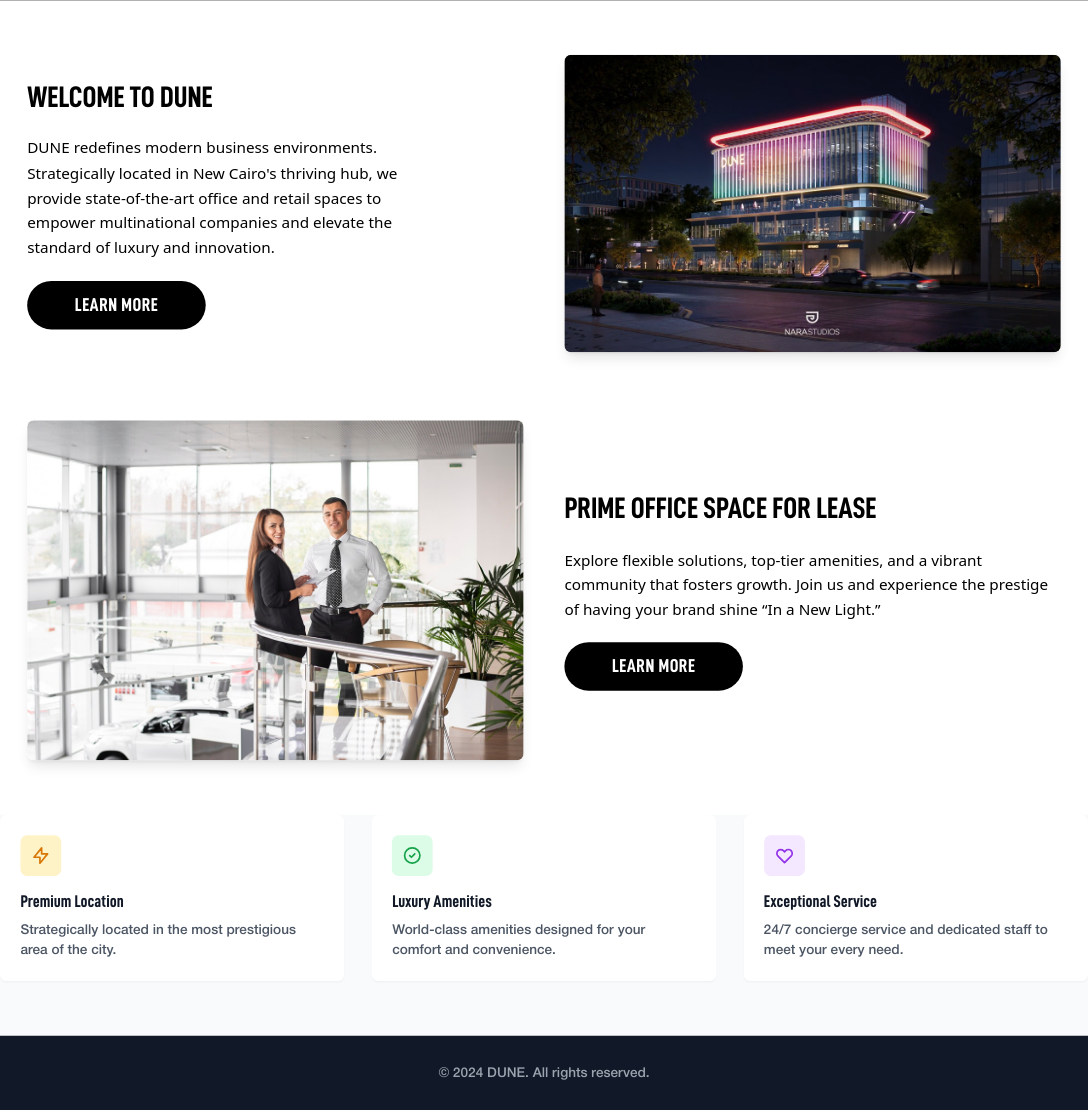
Repository: ahmedassr5765/dune
Page: index.html
The author's editor kept a copy of each file at every save. The page is drawn from the files as they stood at one save, then again after the next save.
The browser window is 1280 px wide. The pictures show the part of the page from y = 1197 to 2503 px (the page is 2503 px tall), at 85% of full size.
Some web libraries are served in a nearby version.

Above is the page before, as saved 2025-07-12 18:32:42.

After the next save:
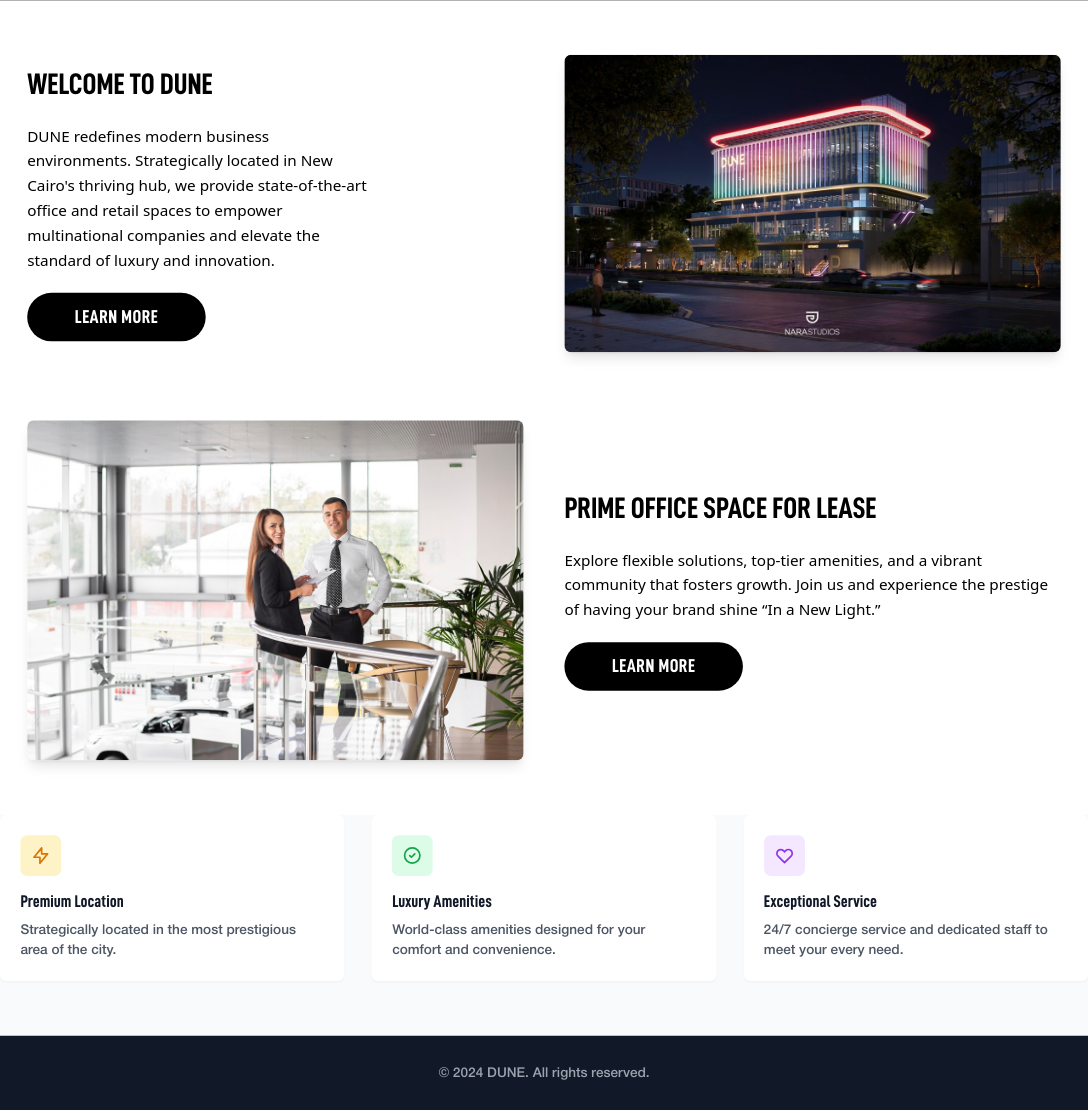
Saved 7 s later.
--- a/index.html
+++ b/index.html
@@ -196,7 +196,7 @@
                         WELCOME TO DUNE
                     </h2>
 
-                    <p class="text-black text-[18px] max-w-[450px] font-medium leading-relaxed font-sans welcome-desc"
+                    <p class="text-black text-[18px] max-w-[400px] font-medium leading-relaxed font-sans welcome-desc"
                        data-en="DUNE redefines modern business environments. Strategically located in New Cairo's thriving hub, we provide state-of-the-art office and retail spaces to empower multinational companies and elevate the standard of luxury and innovation."
                        data-ar="يُعيد &quot;DUNE&quot; تعريف بيئات الأعمال العصرية. بموقعه الاستراتيجي في قلب القاهرة الجديدة النابض بالحياة، نوفر مساحات مكتبية وتجارية متطورة تُمكّن الشركات متعددة الجنسيات من تحقيق نموّ متسارع، وترتقي بمستوى الفخامة والابتكار.">
                         DUNE redefines modern business environments. Strategically located in New Cairo's thriving hub, we provide state-of-the-art office and retail spaces to empower multinational companies and elevate the standard of luxury and innovation.

After the 3 saves that followed:
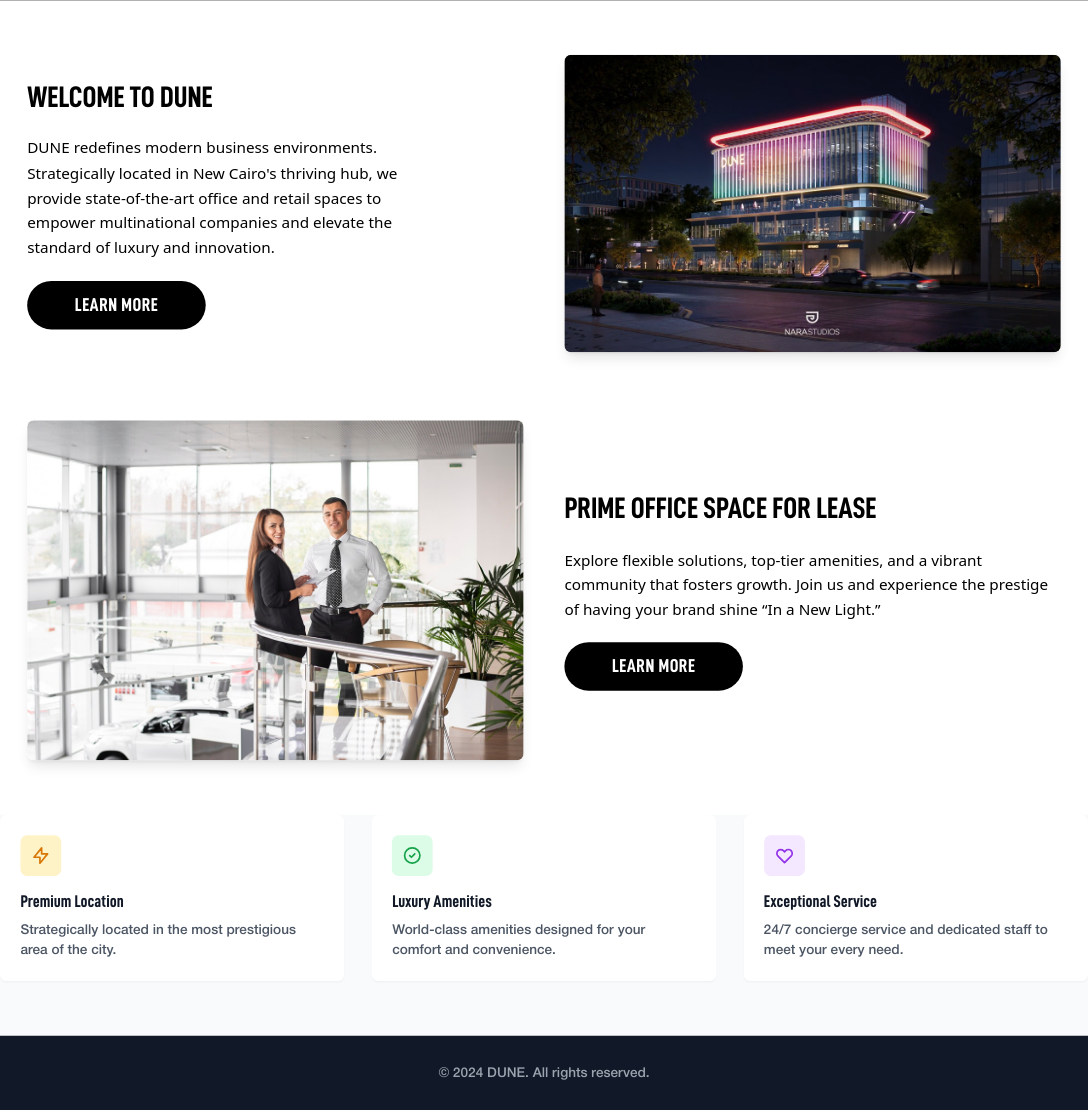
The 3 saves are shown as one change because they came seconds apart.
The last was saved 8 s later.
--- a/index.html
+++ b/index.html
@@ -196,7 +196,7 @@
                         WELCOME TO DUNE
                     </h2>
 
-                    <p class="text-black text-[18px] max-w-[400px] font-medium leading-relaxed font-sans welcome-desc"
+                    <p class="text-black text-[18px] max-w-[450px] font-medium leading-relaxed font-sans welcome-desc"
                        data-en="DUNE redefines modern business environments. Strategically located in New Cairo's thriving hub, we provide state-of-the-art office and retail spaces to empower multinational companies and elevate the standard of luxury and innovation."
                        data-ar="يُعيد &quot;DUNE&quot; تعريف بيئات الأعمال العصرية. بموقعه الاستراتيجي في قلب القاهرة الجديدة النابض بالحياة، نوفر مساحات مكتبية وتجارية متطورة تُمكّن الشركات متعددة الجنسيات من تحقيق نموّ متسارع، وترتقي بمستوى الفخامة والابتكار.">
                         DUNE redefines modern business environments. Strategically located in New Cairo's thriving hub, we provide state-of-the-art office and retail spaces to empower multinational companies and elevate the standard of luxury and innovation.
